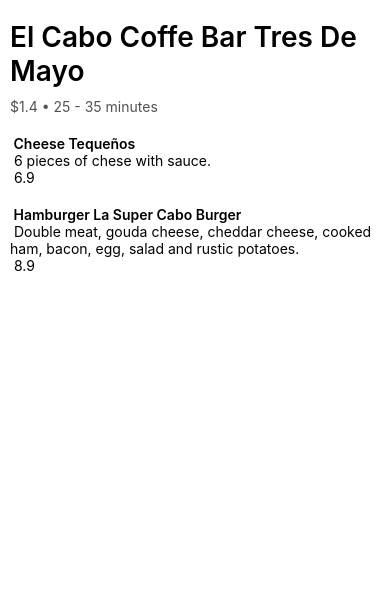
Repository: leroy-netizen/rn-uber-eats-client
Screen: /
These files come from the project's save history. The screen is drawn as it stood at one moment and after a run of saves; the edit follows.
The pictures show rows 234 to 844 of an output 844 px tall.
The app was drawn by React Native's web renderer in a window 390 px wide. The project was rebuilt for these pictures with package versions that can differ from the ones it lists, and the page was loaded fresh each time. Also part of the build but not shown: src/components/restaurantItem/RestaurantItem.jsx, src/screens/HomeScreen/index.js.

Above is the screen before, as saved 2023-01-16 16:29:45.

### App.js
import { StatusBar } from "expo-status-bar";
import { StyleSheet, Text, View, FlatList } from "react-native";
import HomeScreen from "./src/screens/HomeScreen/index.js";
import RestaurantDetails from "./src/screens/ResturantDetailsScreen/index.js";
export default function App() {
  return (
    <View style={styles.container}>
      {/* <HomeScreen /> */}
      <RestaurantDetails />
      <StatusBar style="light" />
    </View>
  );
}

const styles = StyleSheet.create({
  container: {
    flex: 1,
    backgroundColor: "#fff",
    alignItems: "center",
    justifyContent: "center",
    // padding: 10,
    // paddingVertical: 30,
  },
});

### src/screens/ResturantDetailsScreen/index.js
import { View, Text, Image, StyleSheet, FlatList } from "react-native";
import { Ionicons } from "@expo/vector-icons";
import restaurants from "../../../assets/data/restaurants.json";
import DishListItem from "../../components/DishListItem";
const restaurant = restaurants[0];
const RestaurantDetails = () => {
  return (
    <View style={styles.page}>
      <Image
        source={{ uri: restaurant.image }}
        style={styles.image}
        resizeMode="cover"
      />
      <View style={styles.iconContainer}>
        <Ionicons name="arrow-back-circle" size={35} color="white" />
      </View>
      <View style={styles.container}>
        <Text style={styles.title}>{restaurant.name}</Text>
        <Text style={styles.subtitle}>
          ${restaurant.deliveryFee} &#8226; {restaurant.minDeliveryTime} -{" "}
          {restaurant.maxDeliveryTime} minutes
        </Text>
          </View>
          <DishListItem dish={ restaurant.dishes[0]} />
          <DishListItem dish={ restaurant.dishes[1]} />
    </View>
  );
};

const styles = StyleSheet.create({
  page: {
    flex: 1,
  },
  image: {
    width: "100%",
    aspectRatio: 5 / 3,
  },
  iconContainer: {
    position: "absolute",
    top: 35,
    left: 15,
  },
  container: {
    margin: 10,
  },
  title: {
    fontWeight: "600",
    fontSize: 28,
    marginVertical: 10,
  },
  subtitle: {
    color: "#525252",
  },
});

export default RestaurantDetails;

### assets/data/restaurants.json
[
  {
    "id": "1",
    "name": "El Cabo Coffe Bar Tres De Mayo",
    "deliveryFee": 1.4,
    "minDeliveryTime": 25,
    "maxDeliveryTime": 35,
    "rating": 4.0,
    "image": "https://notjustdev-dummy.s3.us-east-2.amazonaws.com/uber-eats/restaurant1.jpeg",
    "dishes": [
      {
        "name": "Cheese Tequeños",
        "description": "6 pieces of chese with sauce.",
        "price": 6.9,
        "image": "https://notjustdev-dummy.s3.us-east-2.amazonaws.com/uber-eats/restaurant2.jpeg"
      },
      {
        "name": "Hamburger La Super Cabo Burger",
        "description": "Double meat, gouda cheese, cheddar cheese, cooked ham, bacon, egg, salad and rustic potatoes.",
        "price": 8.9,
        "image": "https://notjustdev-dummy.s3.us-east-2.amazonaws.com/uber-eats/restaurant3.jpeg"
      },
      {
        "name": "U.S.A. Burger",
        "description": "Beef, gouda cheese, cheddar cheese, cooked ham, bacon, egg and salad.",
        "price": 5.4
      },
      {
        "name": "Slices of Llanero Cheese",
        "description": "Ripe plantain with cheese and palm honey.",
        "price": 5.9
      },
      {
        "name": "Papas Locas El Cabo",
        "description": "French fries with shredded chicken, gouda cheese and ham.",
        "price": 7.9
      }
    ]
  },
  {
    "id": "2",
    "name": "Tony Roma's - C.C. Meridiano",
    "deliveryFee": 0.4,
    "minDeliveryTime": 25,
    "maxDeliveryTime": 35,
    "rating": 4.7,
    "image": "https://notjustdev-dummy.s3.us-east-2.amazonaws.com/uber-eats/restaurant2.jpeg",
    "dishes": [
      {
        "name": "Cajun Ribs",
        "description": "For lovers of a spicy touch. Ribs bathed in our Original sauce accompanied by Cajun spices. Served with French fries and coleslaw.",
        "price": 18.95
      },
      {
        "name": "The Original Baby Backs",
        "description": "The house specialty. Pork ribs cooked on the barbecue and marinated with our original barbecue sauce. Served with French fries and coleslaw.",
        "price": 19.95
      },
      {
        "name": "Carolina Honey",
        "description": "Our famous ribs marinated with our Carolina honey sauce, a mixture of honey with our original sauce. Ideal for those looking for a sweet touch. Served with French fries and coleslaw.",
        "price": 18.95,
        "image": "https://notjustdev-dummy.s3.us-east-2.amazonaws.com/uber-eats/restaurant2.jpeg"
      },
      {
        "name": "Onion Rings",
        "description": "Los tradicionales aros de cebolla de tony roma's dorados, crujientes y ligeros. Únicos en el mundo, acompañados de salsa BBQ.",
        "price": 6.95
      },
      {
        "name": "Nachos Tony Roma's",
        "description": "The best selling nachos! with our blend of melted cheeses, accompanied by guacamole, crispy bacon, ranch beans, and sour cream.",
        "price": 10.95
      }
    ]
  },
  {
    "id": "3",
    "name": "Brothers Barbecue",
    "deliveryFee": 1.4,
    "minDeliveryTime": 20,
    "maxDeliveryTime": 30,
    "rating": 4.3,
    "image": "https://notjustdev-dummy.s3.us-east-2.amazonaws.com/uber-eats/restaurant3.jpeg",
    "dishes": [
      {
        "name": "Burger Mustang",
        "description": "Homemade bread, burger sauce, lettuce, sweet and sour pickle, bacon, cheddar and BBQ sauce. Beef 180 grams.",
        "price": 5.9
      },
      {
        "name": "Alabama bread",
        "description": "Artisan bread, butter sauce, garlic, BBQ chicken and cheddar.",
        "price": 3.0
      },
      {
        "name": "New York Burger",
        "description": "Homemade bread, lettuce, burger sauce, 180 grams of beef, goat cheese and roasted apple.",
        "price": 5.9
      },
      {
        "name": "Mac & Cheese Burger",
        "description": "Homemade bread, lettuce, burger sauce, 180 grams of beef, mac and cheese, and American-style bacon.",
        "price": 5.9
      },
      {
        "name": "Nachos Brothers",
        "description": "Nachos, guacamole, cheddar sauce, beans, bacon, and cream cheese.",
        "price": 5.2
      }
    ]
  },
  {
    "id": "4",
    "name": "Hamburguesa Nostra La Salle",
    "deliveryFee": 0.9,
    "minDeliveryTime": 30,
    "maxDeliveryTime": 40,
    "rating": 4.5,
    "image": "https://notjustdev-dummy.s3.us-east-2.amazonaws.com/uber-eats/restaurant4.jpeg",
    "dishes": [
      {
        "name": "English burger",
        "description": "Beef with bacon, portobello mushrooms, tomato, cheddar cheese, grilled egg and our smoked sauce.",
        "price": 14.9
      },
      {
        "name": "Mexican Burger",
        "description": "Beef, with pico de gallo, veggie chili, cheddar cheese, guacamole and smoked sauce.",
        "price": 14.9
      },
      {
        "name": "Tequeños",
        "description": "Crispy sticks filled with melted cheese accompanied by tomato chutney.",
        "price": 9.9
      },
      {
        "name": "Starters Combo",
        "description": "Tequeños, crispy onion and chicken delicacies.",
        "price": 13.9
      },
      {
        "name": "Cesar Salad",
        "description": "Green sprouts, pieces of grilled bacon, chicken delicacies, grated Parmesan, muffin croutons and fried onion confetti dressed with Caesar sauce.",
        "price": 10.5
      }
    ]
  }
]

### src/components/DishListItem/index.js
import { View, Image, Text, FlatList, StyleSheet } from "react-native";

const DishListItem = ({dish}) => {
  return (
    <View style={styles.container}>
          <Text style={styles.name}> { dish.name}</Text>
          <Text stle={styles.description}> { dish.description}</Text>
          <Text style={styles.price}> { dish.price}</Text>
    </View>
  );
};

const styles = StyleSheet.create( {
    container: {
        margin: 10
    },
    name: {
        fontWeight: "600"
    },
    description: {},
    price:{}
});
export default DishListItem;

After the next 4 saves:
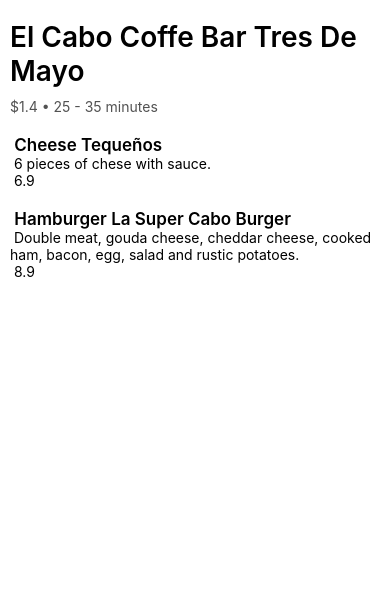
The 4 saves are shown as one change because they came seconds apart.
The last was saved 18 s later.
--- a/src/components/DishListItem/index.js
+++ b/src/components/DishListItem/index.js
@@ -15,6 +15,7 @@ const styles = StyleSheet.create( {
         margin: 10
     },
     name: {
+        fontSize: 17,
         fontWeight: "600"
     },
     description: {},
